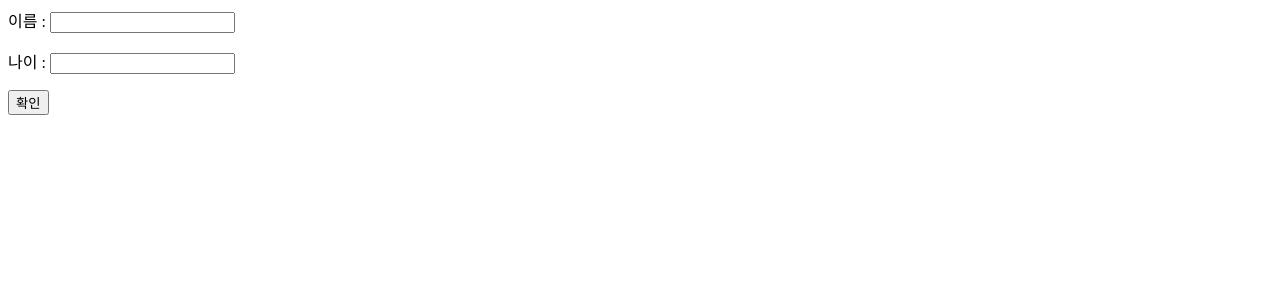
Repository: gom0109/JSP_DK
Page: http://localhost/01_Basic/02_request/Ex01_form.jsp
The author's editor kept a copy of each file at every save. The page is drawn from the files as they stood at one save, then again after the next save.
The browser window is 1280 px wide. The pictures show the whole page.
The page is served by Tomcat 9.

Above is the page before, as saved 2021-01-19 01:17:37.

### 01_Basic/WebContent/02_request/Ex01_form.jsp
<%@ page language="java" contentType="text/html; charset=UTF-8"
    pageEncoding="UTF-8"%>

    <form>
    	이름 : <input type="text" name="name" id="irum"> <p>
    	나이 : <input type="text" name="age" id="nai"> <p>

    	<input type="submit" value="확인">
    </form>

After the next save:
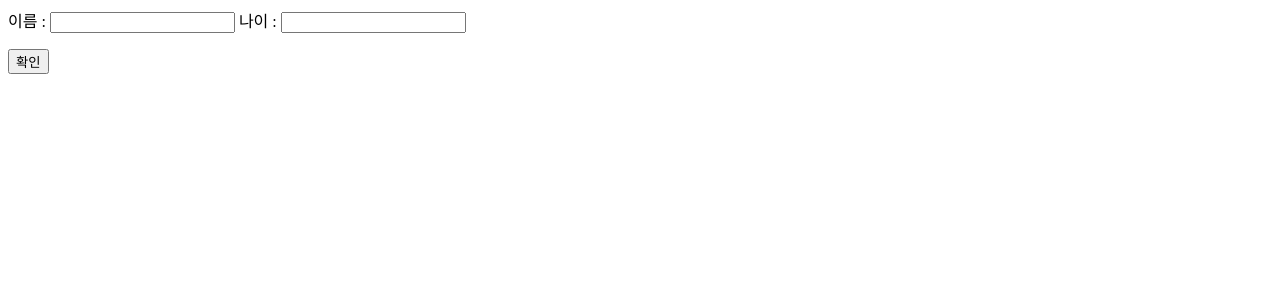
Saved 13 s later.
--- a/01_Basic/WebContent/02_request/Ex01_form.jsp
+++ b/01_Basic/WebContent/02_request/Ex01_form.jsp
@@ -2,7 +2,7 @@
     pageEncoding="UTF-8"%>
 
     <form>
-    	이름 : <input type="text" name="name" id="irum"> <p>
+    	이름 : <input type="text" name="name" id="irum"> <!-- <p> -->
     	나이 : <input type="text" name="age" id="nai"> <p>
 
     	<input type="submit" value="확인">

After the save that followed:
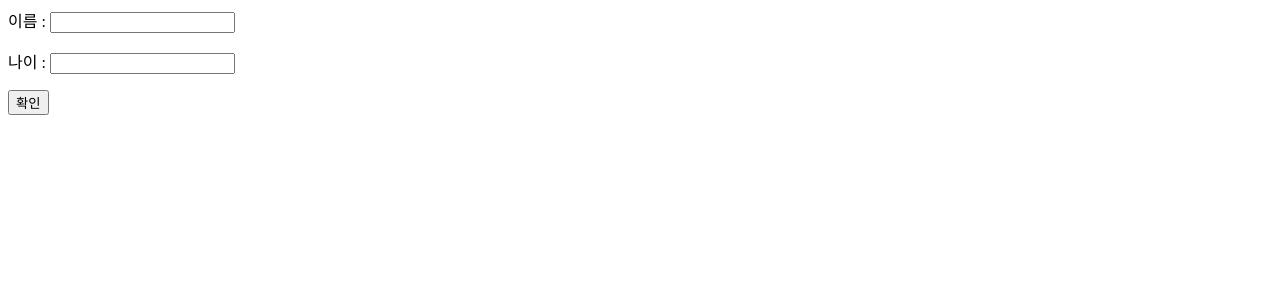
Saved 4 s later.
--- a/01_Basic/WebContent/02_request/Ex01_form.jsp
+++ b/01_Basic/WebContent/02_request/Ex01_form.jsp
@@ -2,7 +2,7 @@
     pageEncoding="UTF-8"%>
 
     <form>
-    	이름 : <input type="text" name="name" id="irum"> <!-- <p> -->
+    	이름 : <input type="text" name="name" id="irum"> <p>
     	나이 : <input type="text" name="age" id="nai"> <p>
 
     	<input type="submit" value="확인">
